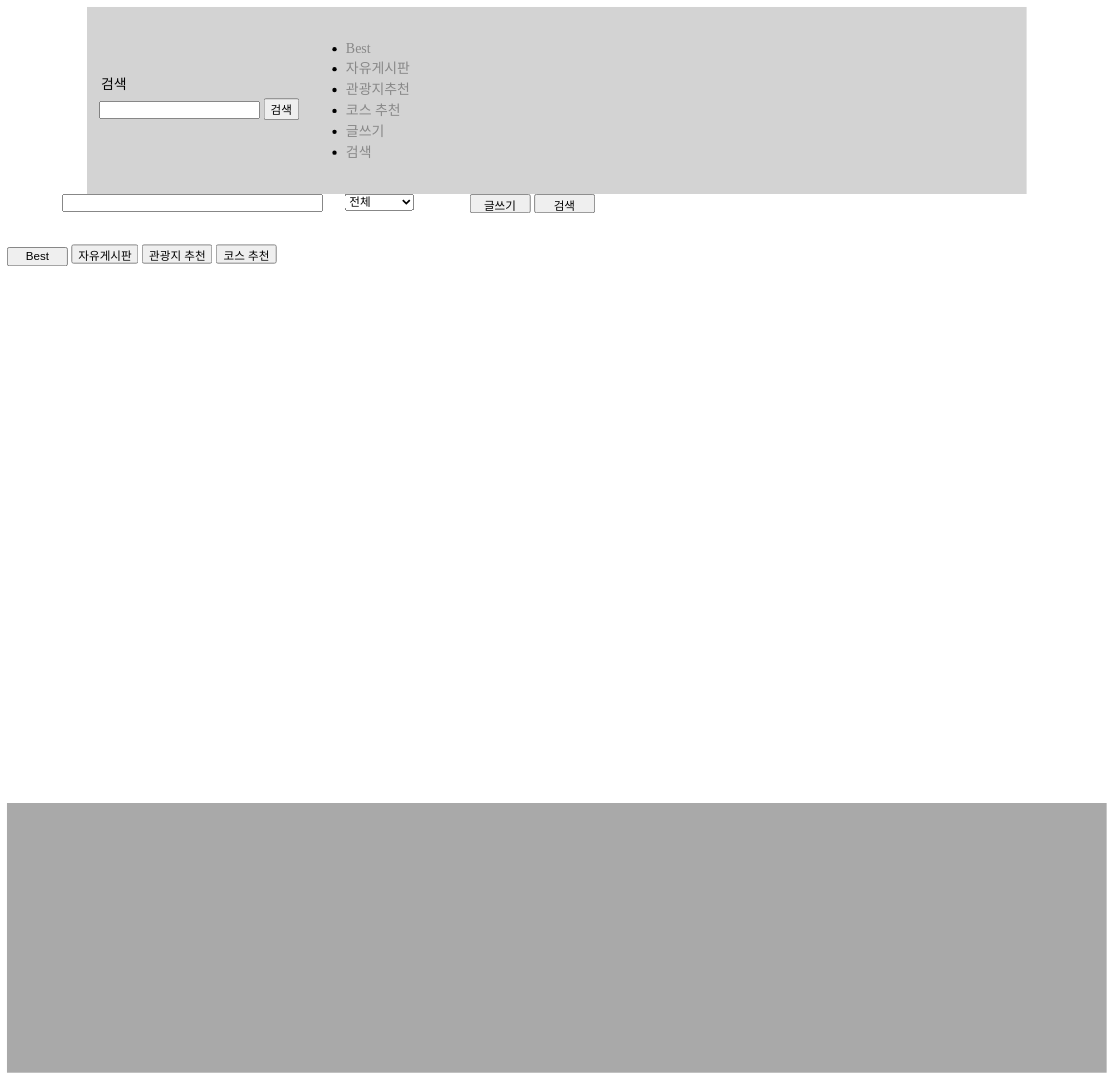
Repository: HJCroCat/project4
Page: http://localhost/koravle/boardMain.jsp
These files come from the project's save history. The page is drawn as it stood at one moment and after the next save; the edit follows.
The browser window is 1280 px wide. The pictures show the whole page, at 87% of full size.
The page is served by Tomcat 9. Nobody is signed in. The application's start-up code is not run. Other server files are loaded and not shown.

Above is the page before, as saved 2021-12-10 10:15:08.

### koravle/koravle/src/main/webapp/boardMain.jsp
<%@ page language="java" contentType="text/html; charset=UTF-8"
    pageEncoding="UTF-8"%>
<!DOCTYPE html>
<html>
<head>
<meta charset="UTF-8">
<title>Insert title here</title>

<link href="resources/style/stylecss.css" rel="stylesheet">
<script type="text/javascript" src="resources/js/jquery-1.7.1.js"></script>

</head>
<body>
	<header>
		<form>
	      <fieldset>
	        <legend class="visually-hidden">검색</legend>
	        <div class="search_box">
	          <input type="text" maxlength="225" tabindex="1" />
	          <button type="submit" tabindex="2">
	            	검색
	          </button>
	        </div>
	      </fieldset>
	    </form>
		<nav>
	      <div class="nav_items">
	        <ul>
	      	  <li><a href="/">Best</a></li>
	          <li><a href="/">자유게시판</a></li>
	          <li><a href="/">관광지추천</a></li>
	          <li><a href="/">코스 추천</a></li>
	          <li><a href="/">글쓰기</a></li>
	          <li><a href="/">검색</a></li>
	        </ul>
	      </div>
	    </nav>
	</header>


	<main>


		<div>
			<input type="text" name="searchWord" id="searchWord">
			<select name="selectSearch" id="selectSearch">
				<option value="1" selected>전체</option>
				<option value="boardName">글제목</option>
				<option value="regionName">관광지</option>
				<option value="boardWriter">작성자</option>
			</select>
			<button href="boardWrite.do" class="btn" >글쓰기</button>
			<button href="boardList.do" class="btn" >검색</button>
		</div>
		<div>
			<br/>
			<br/>

			<button class="btn" href="boardList.do" name="boardBest">Best</button>
			<button class="btn" href="boardList.do" name="boardFree">자유게시판</button>
			<button class="btn" href="boardList.do" name="boardRegion">관광지 추천</button>
			<button class="btn" href="boardList.do" name="boardCourse">코스 추천</button>

		</div>

	</main>

	<footer>

	</footer>
<script src="resources//js/jquery.min.js"></script>
<script src="resources/js/scripts.js"></script>

</body>
</html>

### koravle/koravle/src/main/webapp/resources/style/stylecss.css
* {
    box-sizing: border-box;
}

a {
    text-decoration: none; /* 기본 밑줄을 제거합니다 */
    color: #888;
}

a:hover {
  text-decoration: underline; /* 마우스 커서가 올라갔을 때 밑줄을 생성합니다*/
}

header {
    margin: auto; /* header의 양쪽 여백(margin)을 동등하게 맞춤 -> 수평가운데정렬 */
    width: 1080px;
    background: lightgray;
	height: 215px;
    display: flex;
    align-items: center; /* 하위 요소들 수직 가운데정렬 */
    position: relative;
}

fieldset {
    border: none; /* 기본 border 없애기(이 코드를 지우고 기본 border를 확인해보세요) */
}

main{
	min-height: 700px;
}

footer{
	background: darkgray;
	height: 310px;
}







.boardHeader{
	height:80px;
}

.btn{
	max-width:100px;
	min-width:70px;
	height: 22px;
}

#searchWord{
	float: left;
	width: 35%;
	margin-left:5%;
	margin-right:2%;
	max-width:300px;
}

#selectSearch{
	float: left;
	width: 10%;
	margin-right:5%;
	max-width:80px;
}

Loaded but not shown: koravle/koravle/src/main/webapp/resources/js/jquery-1.7.1.js (library); koravle/koravle/src/main/webapp/resources/js/jquery.min.js (library)

After the next save:
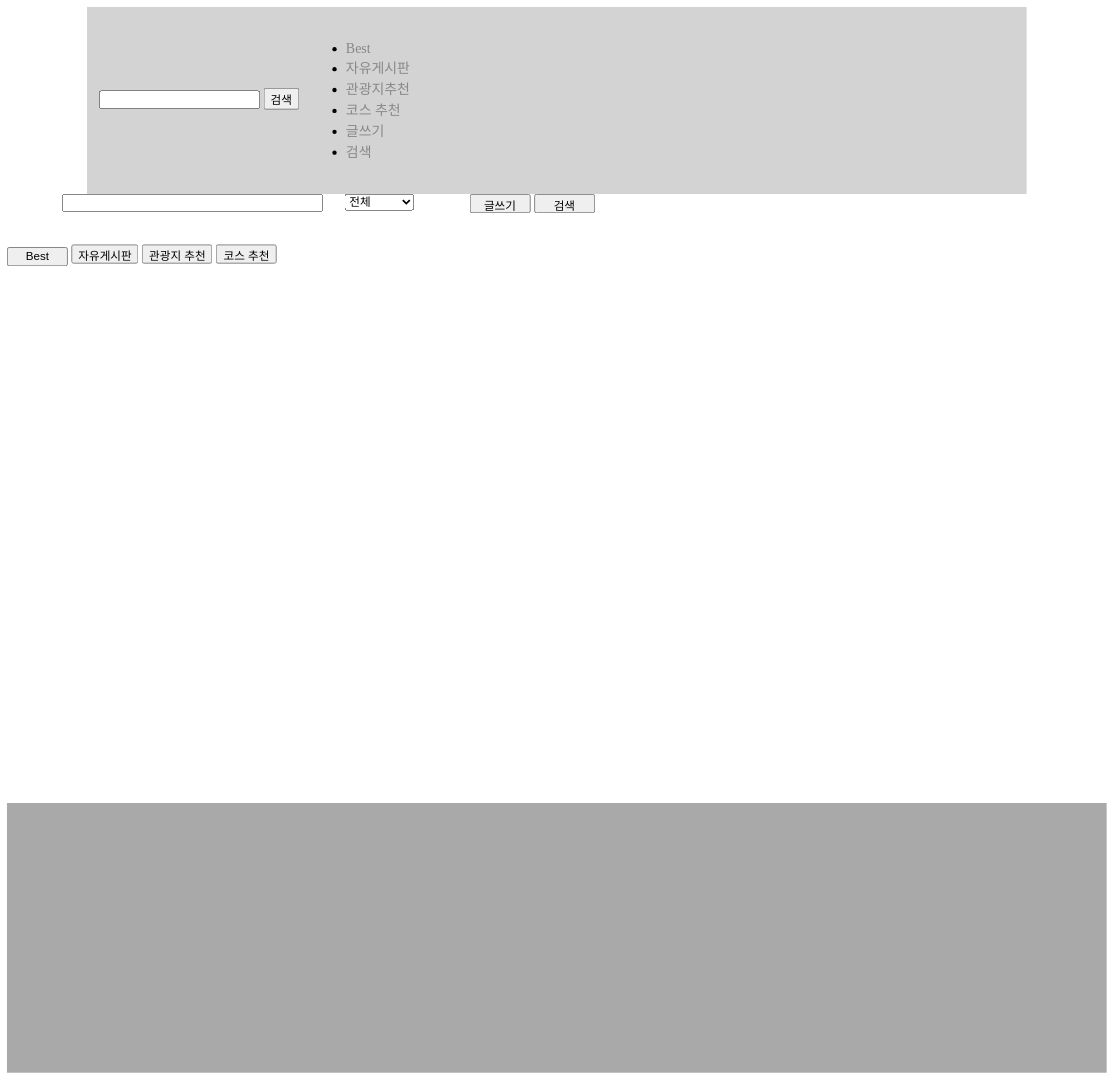
Saved 18 s later.
--- a/koravle/koravle/src/main/webapp/resources/style/stylecss.css
+++ b/koravle/koravle/src/main/webapp/resources/style/stylecss.css
@@ -24,6 +24,19 @@ header {
 fieldset {
     border: none; /* 기본 border 없애기(이 코드를 지우고 기본 border를 확인해보세요) */
 }
+
+.visually-hidden { /* legend 안보이게 설정. 이렇게하면 접근성을 준수하면서 디자인을 해치지 않습니다. */
+    position: absolute !important;
+    height: 1px;
+    width: 1px;
+    overflow: hidden;
+    clip: rect(1px 1px 1px 1px);
+    clip: rect(1px, 1px, 1px, 1px);
+    white-space: nowrap;
+}
+
+
+
 
 main{
 	min-height: 700px;
